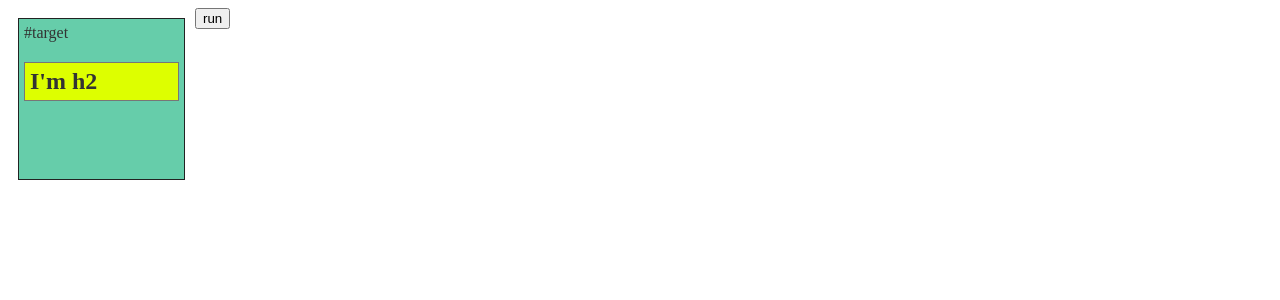
Repository: silenttemplar/java_start_project
Page: hansung_ee_2014/hansung_jquery_exercise/WebContent/16. Change Tag.html
These files come from the project's save history. The page is drawn as it stood at one moment and after the next save; the edit follows.
The browser window is 1280 px wide. The pictures show the whole page.
After loading, the first visible `input` was clicked once.

Above is the page before, as saved 2014-08-27 08:13:38.

### hansung_ee_2014/hansung_jquery_exercise/WebContent/16. Change Tag.html
<html>
<head>
<title>Change Tag</title>
<script src="./jquery-2.1.0.min.js"></script>
<script type="text/javascript">
	/**
	 * 대상 : div 내부 h2
	 * 기능 : 태그 변경 (h2 => h3)
	 * 함수 : html(), replace()
	 */
	function run() {
		var str = $("#target").html();
		console.log(str);
		$("#target > h2")

	}
</script>
</head>
<body>
	<div id="target"
		style="color: rgb(51, 51, 51); width: 155px; height: 150px; float: left; border: 1px solid rgb(34, 34, 34); background-color: rgb(102, 205, 170); margin: 10px; padding: 5px; background-position: initial initial; background-repeat: initial initial;">
		#target<br>
		<h2
			style="padding: 5px; border: 1px solid rgb(119, 119, 119); background-color: rgb(221, 255, 0); background-position: initial initial; background-repeat: initial initial;">I'm
			h2</h2>
	</div>
	<input type="button" value="run" onclick="run()" />
</body>
</html>

Loaded but not shown: hansung_ee_2014/hansung_jquery_exercise/WebContent/jquery-2.1.0.min.js (library)

After the next save:
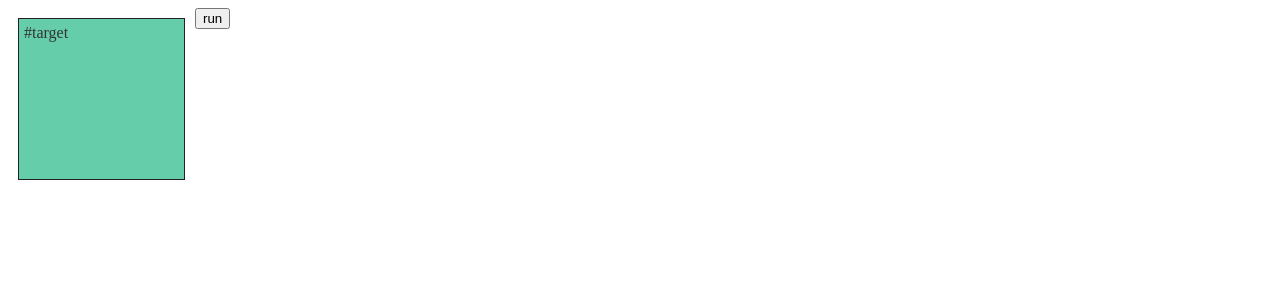
Saved 2 min 42 s later.
--- a/hansung_ee_2014/hansung_jquery_exercise/WebContent/16. Change Tag.html
+++ b/hansung_ee_2014/hansung_jquery_exercise/WebContent/16. Change Tag.html
@@ -11,7 +11,7 @@
 	function run() {
 		var str = $("#target").html();
 		console.log(str);
-		$("#target > h2")
+		$("#target > h2").replaceWith();
 
 	}
 </script>
